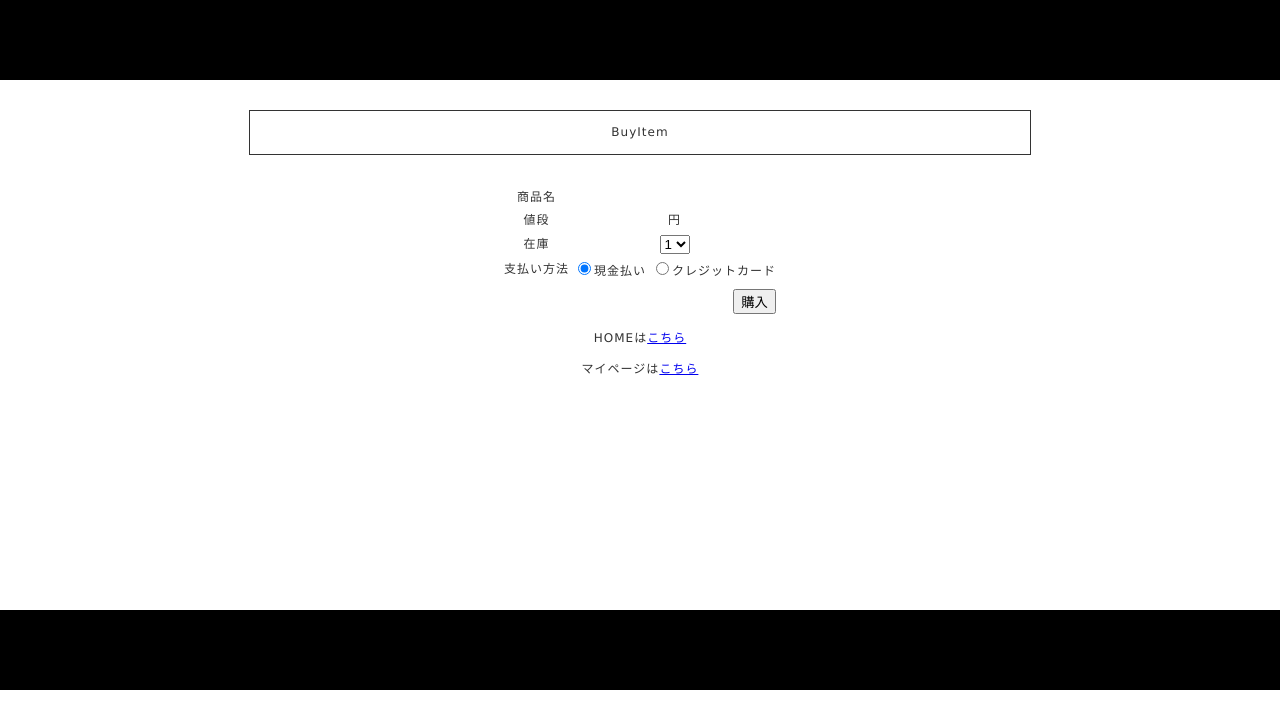
Repository: xiezom/test
Page: http://localhost/ecsite/ItemsAction.action
These files come from the project's save history. The page is drawn as it stood at one moment and after the next save; the edit follows.
The browser window is 1280 px wide. The pictures show the whole page.
Some web libraries are served in a nearby version. The page is served by Tomcat 9. Other server files are loaded and not shown.

Above is the page before, as saved 2019-04-01 02:02:40.

### ecsite/WebContent/buyItem.jsp

<%@ page language="java" contentType="text/html; charset=UTF-8"
    pageEncoding="UTF-8"%>
<%@ taglib prefix="s" uri="/struts-tags"%>
<!DOCTYPE html>
<html>
<head>

	<meta http-equiv="Content-Type" content="text/html; charset=utf8"/>
	<meta http-equiv="Content-Style-Type" content="text/css"/>
	<meta http-equiv="Content-Script-Type" content="text/javascript"/>
	<meta http-equiv="imagetoolbar" content="no">
	<meta name="description" content=""/>
	<meta name="keywords" content=""/>

	<title>BuyItem画面</title>

	<style type="text/css">

		body {
			margin: 0;
			padding: 0;
			line-height: 1.6;
			letter-spacing: 1px;
			font-family: Verdana,Helvetica,sans-serif;
			font-size: 12px;
			color: #333;
			background: #fff;
		}

		table {
			text-align: center;
			margin:0 auto;
		}

		.top {
			width: 780px;
			margin: 30px auto;
			border: 1px solid #333;
		}

		.header {
			width: 100%;
			height: 80px;
			background-color: black;
		}

		.main {
			width: 100%;
			height: 500px;
			text-align: center;
		}

		.footer {
			width:100%;
			height: 80px;
			background-color: black;
			clear: both;
		}

	</style>

</head>
<body>
	<div class="header">
		<div id="pr"></div>
	</div>
	<div class="main">
		<div class="top">
			<p>BuyItem</p>
		</div>
		<div>
			<s:form action="BuyItemAction">
				<table>
					<tr>
						<td>
							<span>商品名</span>
						</td>
						<td>
							<s:property value="session.buyItem_name" /><br/>
						</td>
					</tr>
					<tr>
						<td>
							<span>値段</span>
						</td>
						<td>
							<s:property value="session.buyItem_price" /><span>円</span>
						</td>
					</tr>
					<tr>
						<td><span>在庫</span></td>
						<td><select name="count">
								<option value="1" selected="selected">1</option>
								<option value="2">2</option>
								<option value="3">3</option>
								<option value="4">4</option>
								<option value="5">5</option>
						</select></td>
					</tr>
					<tr>
						<td><span>支払い方法</span></td>
						<td>
							<input type="radio" name="pay" value="1" checked="checked">現金払い
							<input type="radio" name="pay" value="2">クレジットカード
						</td>
					</tr>
					<s:hidden name="productId" value="%{productId}"/>
					<tr>
						<td><s:submit value="購入" /></td>
					</tr>
				</table>
			</s:form>
			<div>
				<p>HOMEは<a href='<s:url action="GoHomeAction" />'>こちら</a></p>
				<p>マイページは<a href='<s:url action="MyPageAction" />'>こちら</a></p>
			</div>
		</div>
	</div>
	<div class="footer">
		<div class="pr"></div>
	</div>
</body>
</html>

### ecsite/WebContent/css/items_style.css
@CHARSET "UTF-8";


		body {
			margin: 0;
			padding: 0;
			line-height: 1.6;
			letter-spacing: 1px;
			font-family: Verdana,Helvetica,sans-serif;
			font-size: 12px;
			background: #fff;
		}

		a {
			text-decoration: none;
			color: black;
			position: relative;
  			display: inline-block;
		}

		a::after {
			position: absolute;
			bottom: -4px;
			left: 0;
			content: '';
			width: 100%;
			height: 2px;
			background: #333;
			transform: scale(0, 1);
			transform-origin: center top;
			transition: transform .3s;
		}

		a:hover::after {
			  transform: scale(1, 1);
		}

		ul {
			list-style-type: none;
		}

		.top {
			width: 780px;
			margin: 30px auto;
			border: 1px solid #333;
		}

		.header {
			width: 100%;
			height: 90px;
			background-color: black;
			overflow: hidden;
		}

		.logo {
			margin-top: -2px;
			margin-left: 1em;
			float: left;
			width: 20%;
			line-height: 90px;
			color: white;
			font-family: robot;
			font-size: 30px;
		}

		.header ul {
			text-align: center;
			float: left;
			margin: 0 auto;
		}

		.header ul {
			text-align: center;
			float: left;
			margin: 0 auto;
		}

		.header ul li {
		    float: left;
		    padding-left: 30px;
		    padding-right: 30px;
		    line-height: 90px;
		    font-size: 20px;
		    font-family: 游ゴシック, YuGothic, meiryo, sans-serif;
		    color: #fff;
		    transition: background-color 2s;
		}

		.header ul li a {
			color: white;
		}

		.header li:hover {
			background-color: #585649;
			transition: background-color 800ms;
		}

		.header ul li a:visited {
			color: white;
		}

		.welcome {
			text-align: right;
			margin-right: 10px;
		}

		.main {
			clear: both;
			width: 100%;
			height: auto;
			text-align: center;
		}

		.main-container {
			width: 100%;
			height: auto;
		}

		.item {
			margin:0 auto;
		}

		.item th {
			height: 150px;
			width: 200px;
			overflow: hidden;
			background-color: #585649;
			vertical-align: bottom;
		}

		.item th a {
			margin: -75px -100px;
			padding: 75px 100px;
		}

		.text-link {
			display: inline-block;
			text-align: right;
		}

		.footer {
			margin-top: 50px;
			width:100%;
			height: 80px;
			clear: both;
			text-align: center;
		}

		.sosial {
			text-align: center;
		}
		.social li {
			display: inline-block;
			margin-right: 20px;
		}

		.fab {
			color: black;
		}

		.copy {
			clear: both;
			text-align: center;
		}

After the next save:
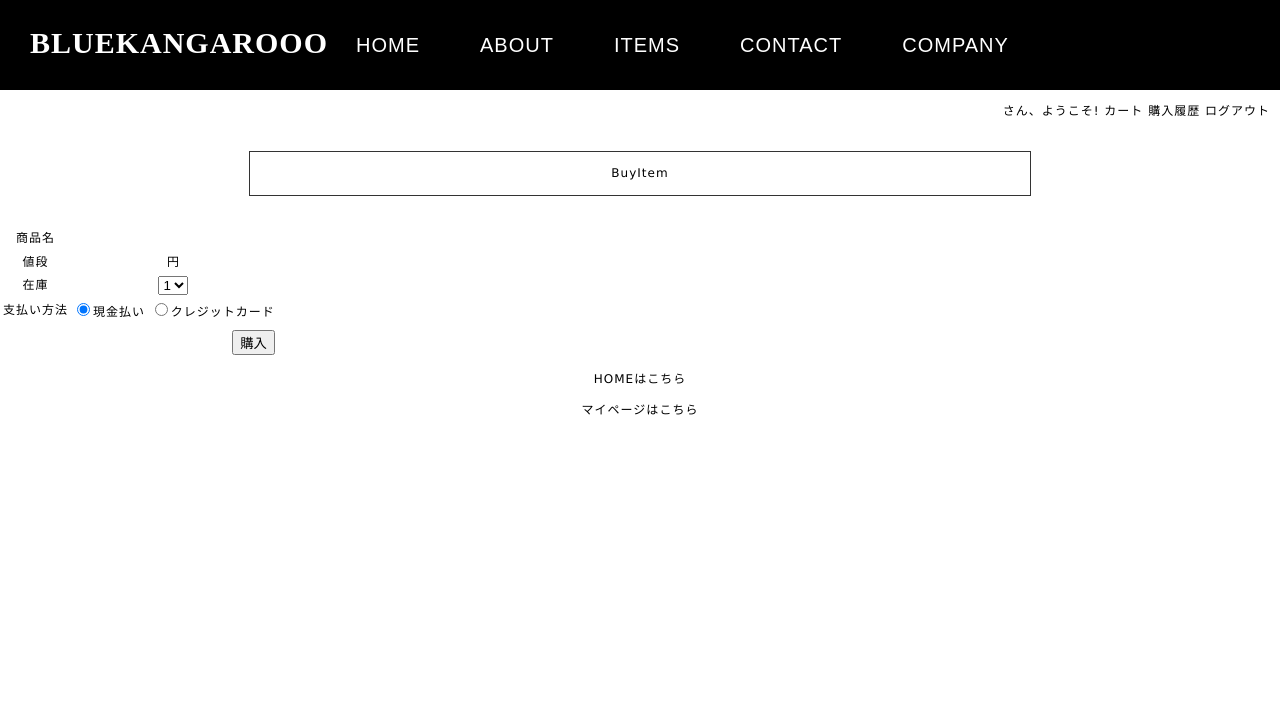
Saved 5 min 55 s later.
--- a/ecsite/WebContent/buyItem.jsp
+++ b/ecsite/WebContent/buyItem.jsp
@@ -1,4 +1,3 @@
-
 <%@ page language="java" contentType="text/html; charset=UTF-8"
     pageEncoding="UTF-8"%>
 <%@ taglib prefix="s" uri="/struts-tags"%>
@@ -15,55 +14,29 @@
 
 	<title>BuyItem画面</title>
 
-	<style type="text/css">
-
-		body {
-			margin: 0;
-			padding: 0;
-			line-height: 1.6;
-			letter-spacing: 1px;
-			font-family: Verdana,Helvetica,sans-serif;
-			font-size: 12px;
-			color: #333;
-			background: #fff;
-		}
-
-		table {
-			text-align: center;
-			margin:0 auto;
-		}
-
-		.top {
-			width: 780px;
-			margin: 30px auto;
-			border: 1px solid #333;
-		}
-
-		.header {
-			width: 100%;
-			height: 80px;
-			background-color: black;
-		}
-
-		.main {
-			width: 100%;
-			height: 500px;
-			text-align: center;
-		}
-
-		.footer {
-			width:100%;
-			height: 80px;
-			background-color: black;
-			clear: both;
-		}
-
-	</style>
+	<link rel="stylesheet" type="text/css" href="./css/items_style.css">
+	<link rel="stylesheet" href="https://use.fontawesome.com/releases/v5.8.1/css/all.css">
 
 </head>
 <body>
+
 	<div class="header">
-		<div id="pr"></div>
+		<h1 class="logo">BLUEKANGAROOO</h1>
+		<ul>
+            <li><a href='<s:url action="GoHomeAction"/>'>HOME</a></li>
+            <li><a href='<s:url action="AboutAction"/>'>ABOUT</a></li>
+            <li><a href='<s:url action="HomeAction"/>'>ITEMS</a></li>
+            <li><a href='<s:url action="ContactAction"/>'>CONTACT</a></li>
+            <li><a href='<s:url action="GoCompanyAction"/>'>COMPANY</a></li>
+        </ul>
+	</div>
+	<div>
+    <p class="welcome">
+	        <s:property value="session.user_name"/>さん、ようこそ!
+	        <a href='<s:url action="MyCartAction"/>'>カート</a>
+	        <a href='<s:url action="MyPageAction" />'>購入履歴</a>
+	        <a href='<s:url action="LogoutAction" />'>ログアウト</a>
+    </p>
 	</div>
 	<div class="main">
 		<div class="top">
